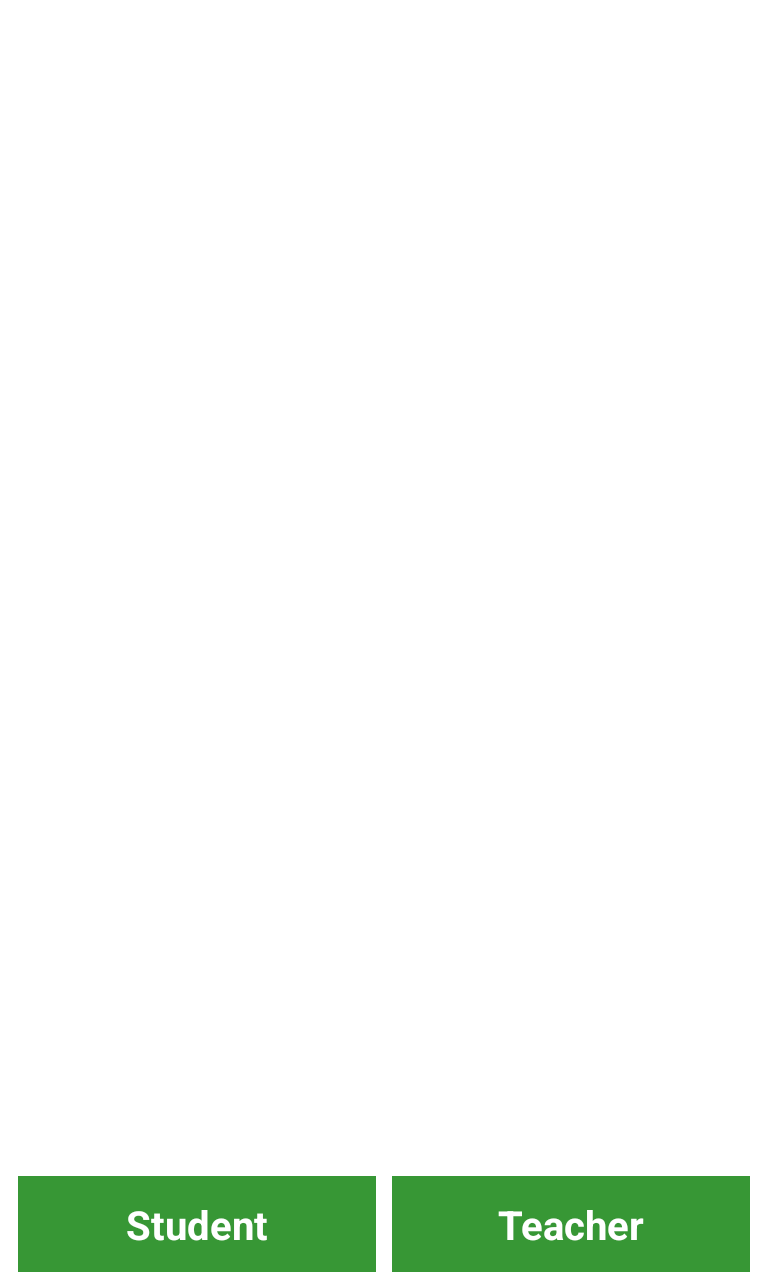
Repository: AdityaKiet/android-work2
Layout: UPTUQuestionBank/res/layout/activity_main.xml
The author's editor kept a copy of each file at every save. The layout is drawn from the files as they stood at one save, then again after the next save.
It is drawn on a 768 x 1280 px phone screen (xhdpi) without system bars, with theme AppTheme; the app's code is not run.

Above is the layout before, as saved 2015-04-25 12:54:12.

### UPTUQuestionBank/res/layout/activity_main.xml
<?xml version="1.0" encoding="utf-8"?>
<RelativeLayout xmlns:android="http://schemas.android.com/apk/res/android"
    android:layout_width="fill_parent"
    android:layout_height="fill_parent" >

    <ImageView
        android:layout_width="fill_parent"
        android:layout_height="fill_parent"
        android:layout_alignTop="@+id/lllayout" />

    <LinearLayout
        android:id="@+id/lllayout"
        android:layout_width="fill_parent"
        android:layout_height="wrap_content"
        android:layout_alignParentBottom="true"
        android:layout_marginLeft="5dp"
        android:layout_marginRight="5dp"
        android:orientation="horizontal"
        android:weightSum="1" >

        <Button
            android:id="@+id/btnSelectStudent"
            android:layout_width="0dip"
            android:layout_height="wrap_content"
            android:layout_margin="4dp"
            android:layout_weight="0.5"
            android:background="#379735"
            android:padding="10dp"
            android:text="Student"
            android:textColor="#ffffff"
            android:textSize="20sp"
            android:textStyle="bold" />

        <Button
            android:id="@+id/btnSelectTeacher"
            android:layout_width="0dip"
            android:layout_height="wrap_content"
            android:layout_margin="4dp"
            android:layout_weight="0.5"
            android:background="#379735"
            android:padding="10dp"
            android:text="Teacher"
            android:textColor="#ffffff"
            android:textSize="20sp"
            android:textStyle="bold" />
    </LinearLayout>

</RelativeLayout>

Loaded but not shown: UPTUQuestionBank/res/values/styles.xml (common file); UPTUQuestionBank/res/values-v11/styles.xml (common file); UPTUQuestionBank/res/values-v14/styles.xml (common file)

After the next save:
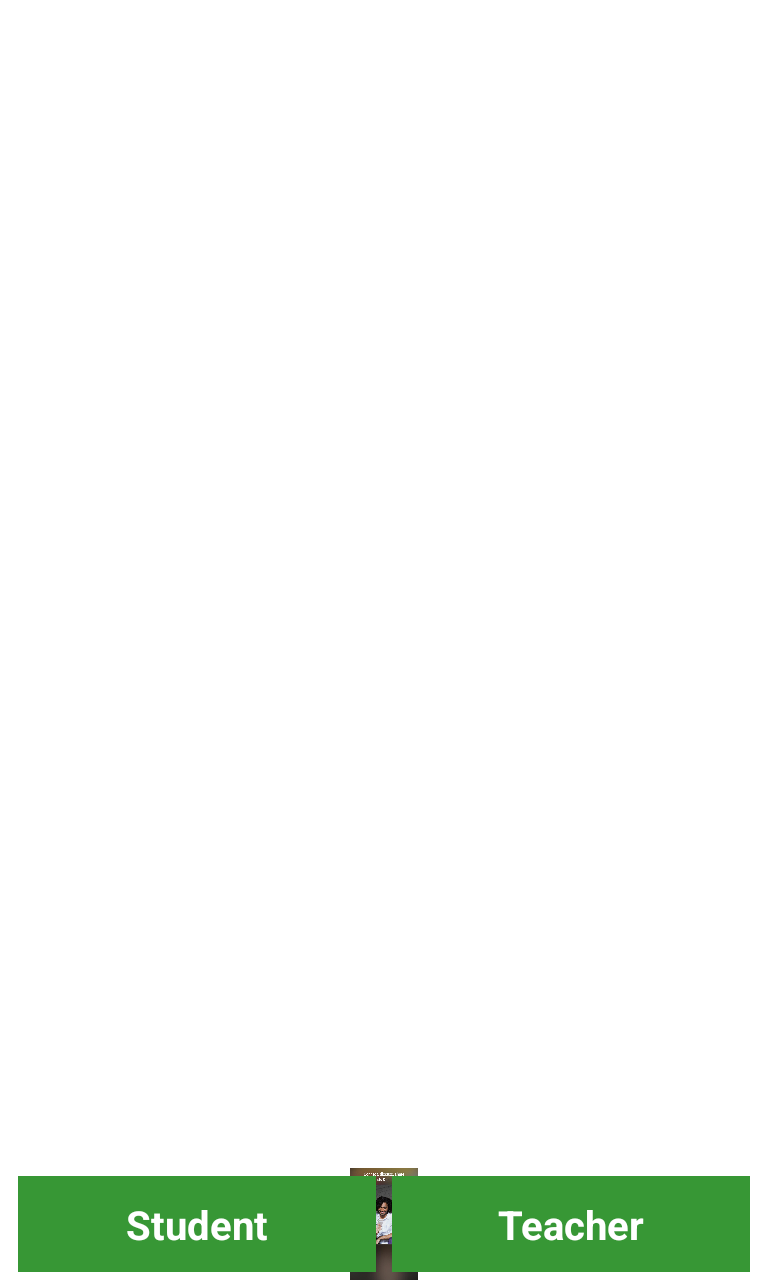
Saved 17 s later.
--- a/UPTUQuestionBank/res/layout/activity_main.xml
+++ b/UPTUQuestionBank/res/layout/activity_main.xml
@@ -4,6 +4,7 @@
     android:layout_height="fill_parent" >
 
     <ImageView
+        android:src="@drawable/bg_splash_5"
         android:layout_width="fill_parent"
         android:layout_height="fill_parent"
         android:layout_alignTop="@+id/lllayout" />
